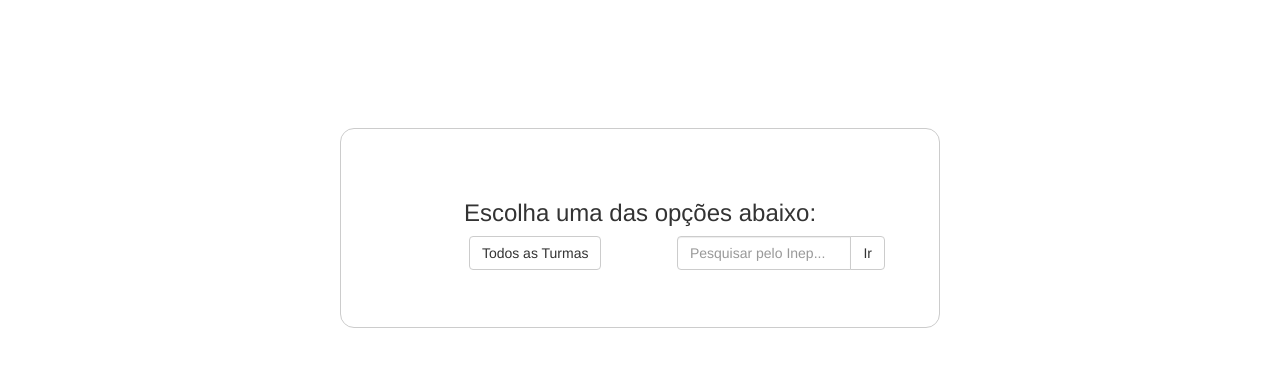
Repository: ipti/br.tag.webservice
Page: http://localhost/Restful-API-TAG/classrooms.jsp
These files come from the project's save history. The page is drawn as it stood at one moment and after the next save; the edit follows.
The browser window is 1280 px wide. The pictures show the whole page.
The page is served by Tomcat 9. Other server files are loaded and not shown.

Above is the page before, as saved 2016-04-27 14:14:29.

### Restful-API-TAG/WebContent/classrooms.jsp
<%@ page language="java" contentType="text/html; charset=ISO-8859-1"
    pageEncoding="ISO-8859-1"%>
<!DOCTYPE html PUBLIC "-//W3C//DTD HTML 4.01 Transitional//EN" "http://www.w3.org/TR/html4/loose.dtd">
<html>
<head>
<link rel="stylesheet" href="css/styles.css">
<link href="css/bootstrap.min.css" rel="stylesheet">
<meta http-equiv="Content-Type" content="text/html; charset=ISO-8859-1">
<title>API TAG - Classrooms</title>
</head>
<body>
	<div id="classroomDiv">
		<h3 id="titleClassroom">Escolha uma das opções abaixo:</h3>

		<div style="margin-left: 5%" class="btn-group-md text-center" role="group" aria-label="...">
			<div class="row">
				<div class="col-lg-7">
					<a type="submit" class="btn btn-default" href="${pageContext.request.contextPath}/api/TagService/getClassrooms">Todos as Turmas</a>
				</div>
				<div class="col-lg-5"  style="margin-left: -7%;">
					<div class="input-group">
						<input type="text" class="form-control" placeholder="Pesquisar pelo Inep...">
						<span class="input-group-btn">
							<a class="btn btn-default" type="submit" href="${pageContext.request.contextPath}/api/TagService/getClassrooms/{inep_id}">Ir</a>
						</span>
					</div>
				</div>
			</div>
		</div>
	</div>
</body>
</html>

### Restful-API-TAG/WebContent/css/styles.css
@CHARSET "ISO-8859-1";

#mainDiv {
    /* Just to center the form on the page */
    margin: 10% auto;
    width: 500px;
    height: 200px;
    /* To see the outline of the form */
    padding: 1em;
    border: 1px solid #CCC;
    border-radius: 1em;
}

#divGroup {
	padding: 7px;
}

#studentDiv, #schoolDiv, #instructorDiv, #classroomDiv {
    /* Just to center the form on the page */
    margin: 10% auto;
    width: 600px;
    height: 200px;
    /* To see the outline of the form */
    padding: 1em;
    border: 1px solid #CCC;
    border-radius: 1em;
}

#titleH3 {
	text-align: center;
	margin-top: 10%;
}

#titleStudent, #titleSchool, #titleInstructor, #titleClassroom {
	text-align: center;
	margin-top: 10%;
}

Loaded but not shown: Restful-API-TAG/WebContent/css/bootstrap.min.css (library)

After the next save:
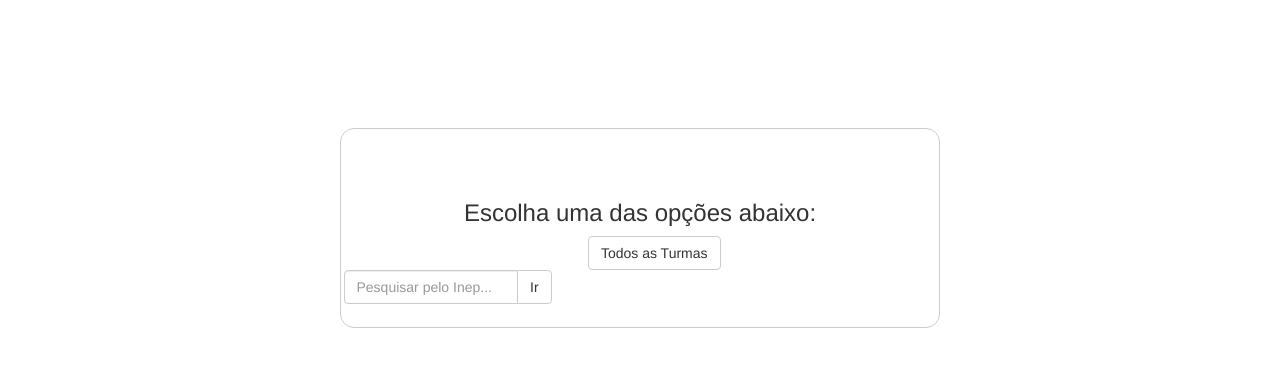
Saved 8 s later.
--- a/Restful-API-TAG/WebContent/classrooms.jsp
+++ b/Restful-API-TAG/WebContent/classrooms.jsp
@@ -14,7 +14,7 @@
 
 		<div style="margin-left: 5%" class="btn-group-md text-center" role="group" aria-label="...">
 			<div class="row">
-				<div class="col-lg-7">
+				<div class="col-lg-6s">
 					<a type="submit" class="btn btn-default" href="${pageContext.request.contextPath}/api/TagService/getClassrooms">Todos as Turmas</a>
 				</div>
 				<div class="col-lg-5"  style="margin-left: -7%;">
